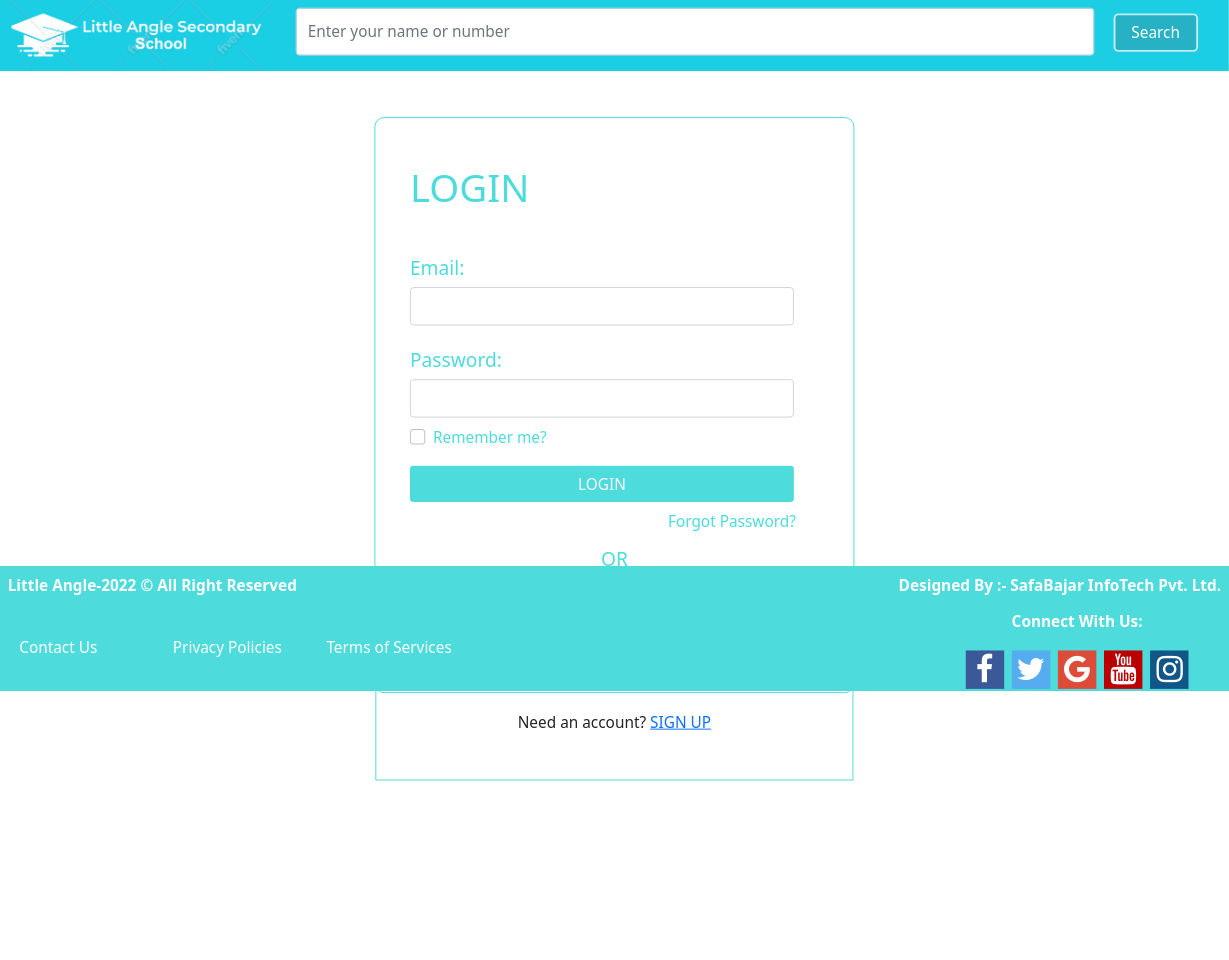
Repository: Sjuicyy/School-Project
Page: login.html
The author's editor kept a copy of each file at every save. The page is drawn from the files as they stood at one save, then again after a run of saves.
The browser window is 1280 px wide. The pictures show the whole page, at 96% of full size.

Above is the page before, as saved 2022-09-17 13:35:04.

After the next 2 saves:
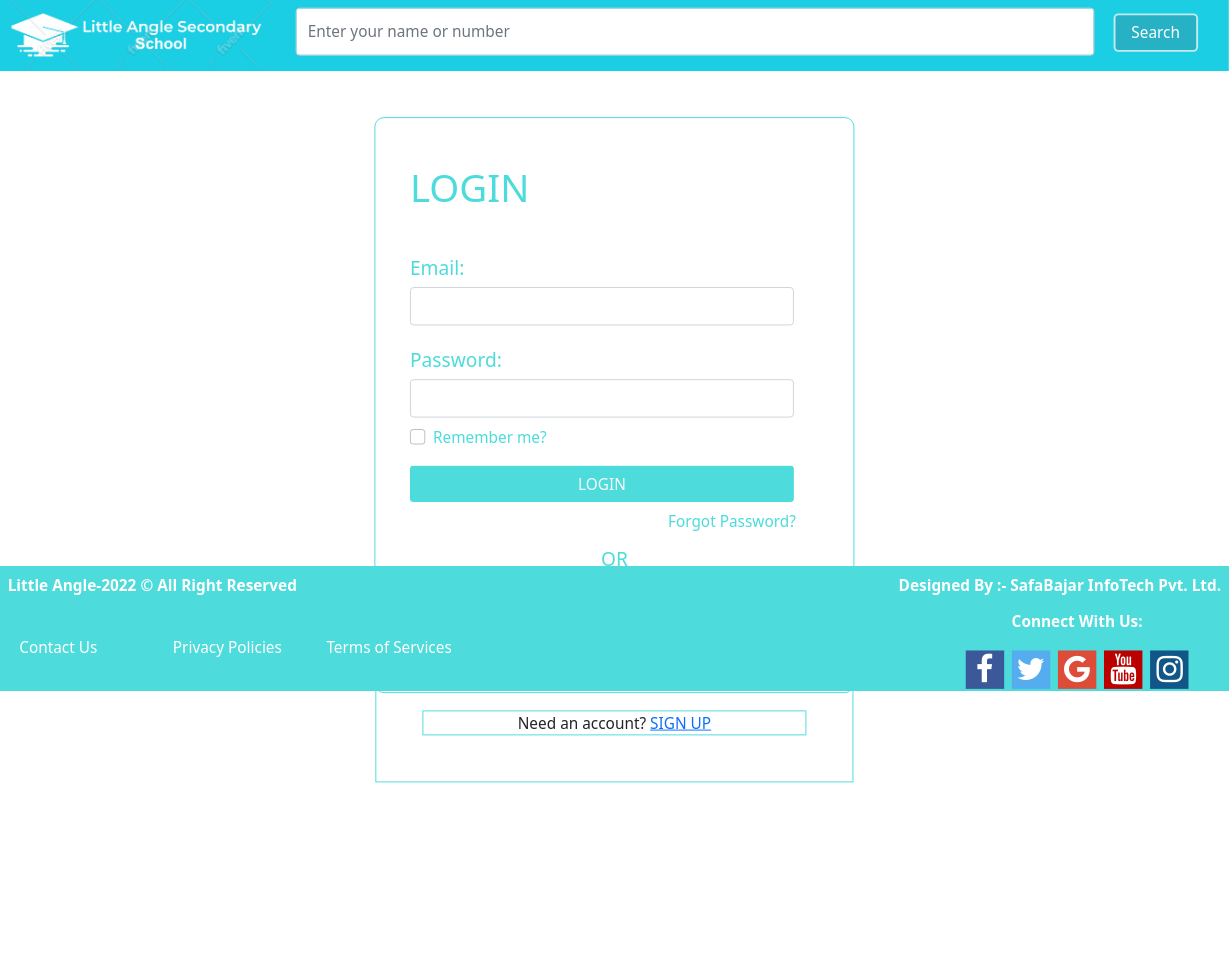
The 2 saves are shown as one change because they came seconds apart.
The last was saved 7 s later.
--- a/login.html
+++ b/login.html
@@ -199,7 +199,7 @@
         </div>
 
         <div class="row bd">
-            <div class="col  m-5 text-center">
+            <div class="col  m-5 bd text-center">
                 Need an account? <a href=""> SIGN UP</a>
             </div>
         </div>
